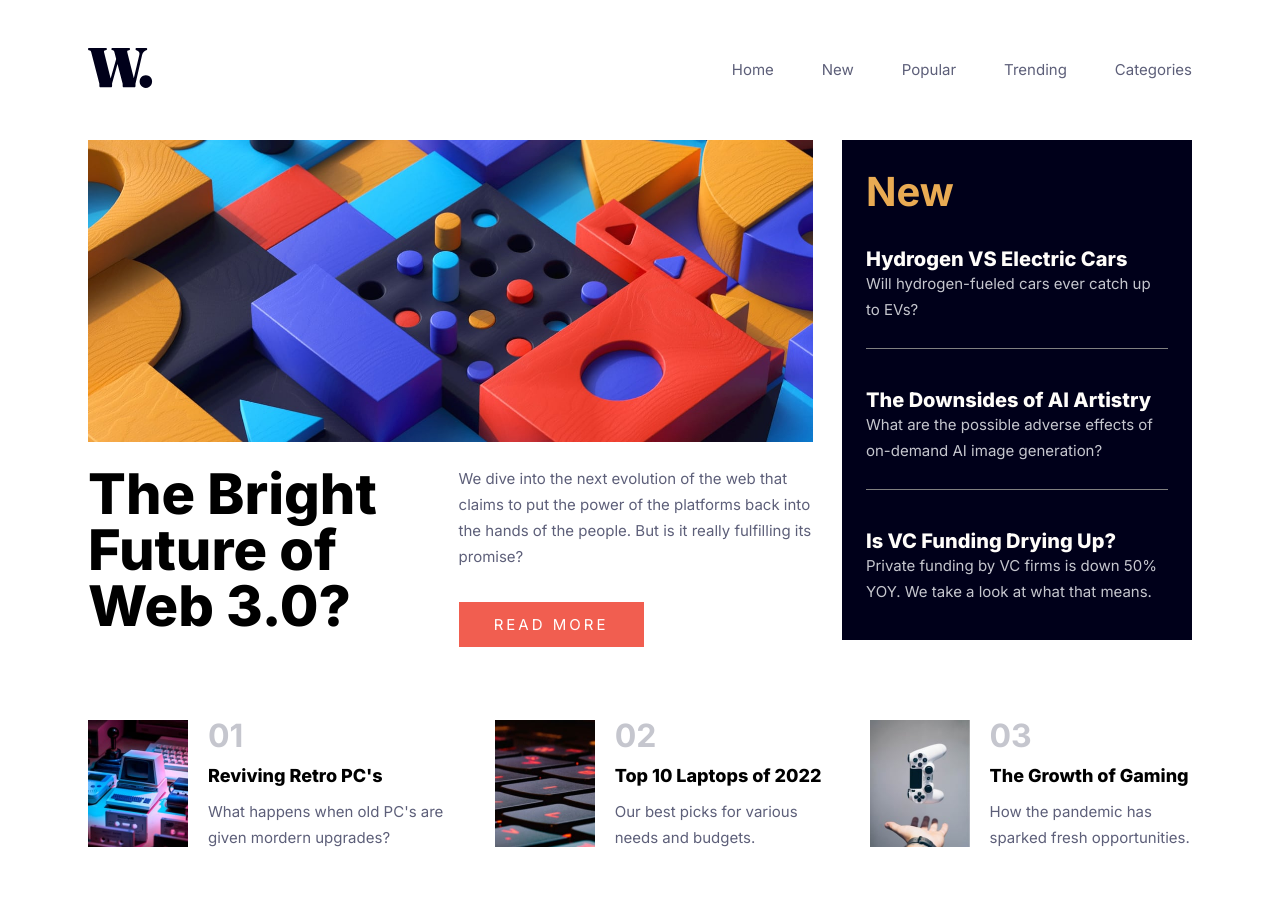
Repository: DevAntonioRogers/FrontendMentor-News-Homepage
Page: index.html
The author's editor kept a copy of each file at every save. The page is drawn from the files as they stood at one save, then again after the next save.
The browser window is 1280 px wide. The pictures show the whole page.

Above is the page before, as saved 2023-04-24 02:34:06.

After the next save:
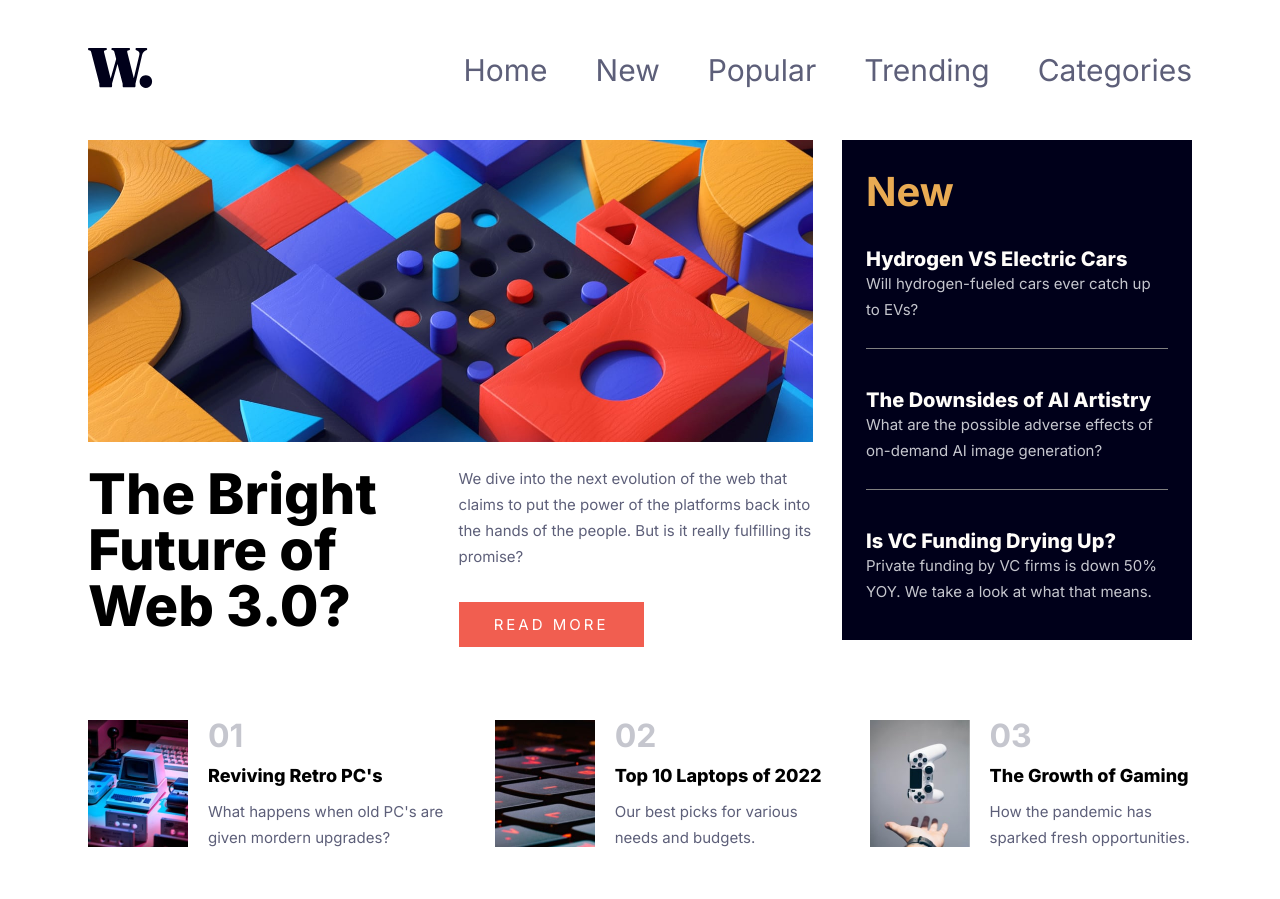
Saved 16 s later.
--- a/styles.css
+++ b/styles.css
@@ -42,7 +42,7 @@
 .nav-menu li {
   color: hsl(236, 13%, 42%);
   font-weight: 400;
-  font-size: 15px;
+  font-size: 30px;
   line-height: 26px;
 }
 

After the save that followed:
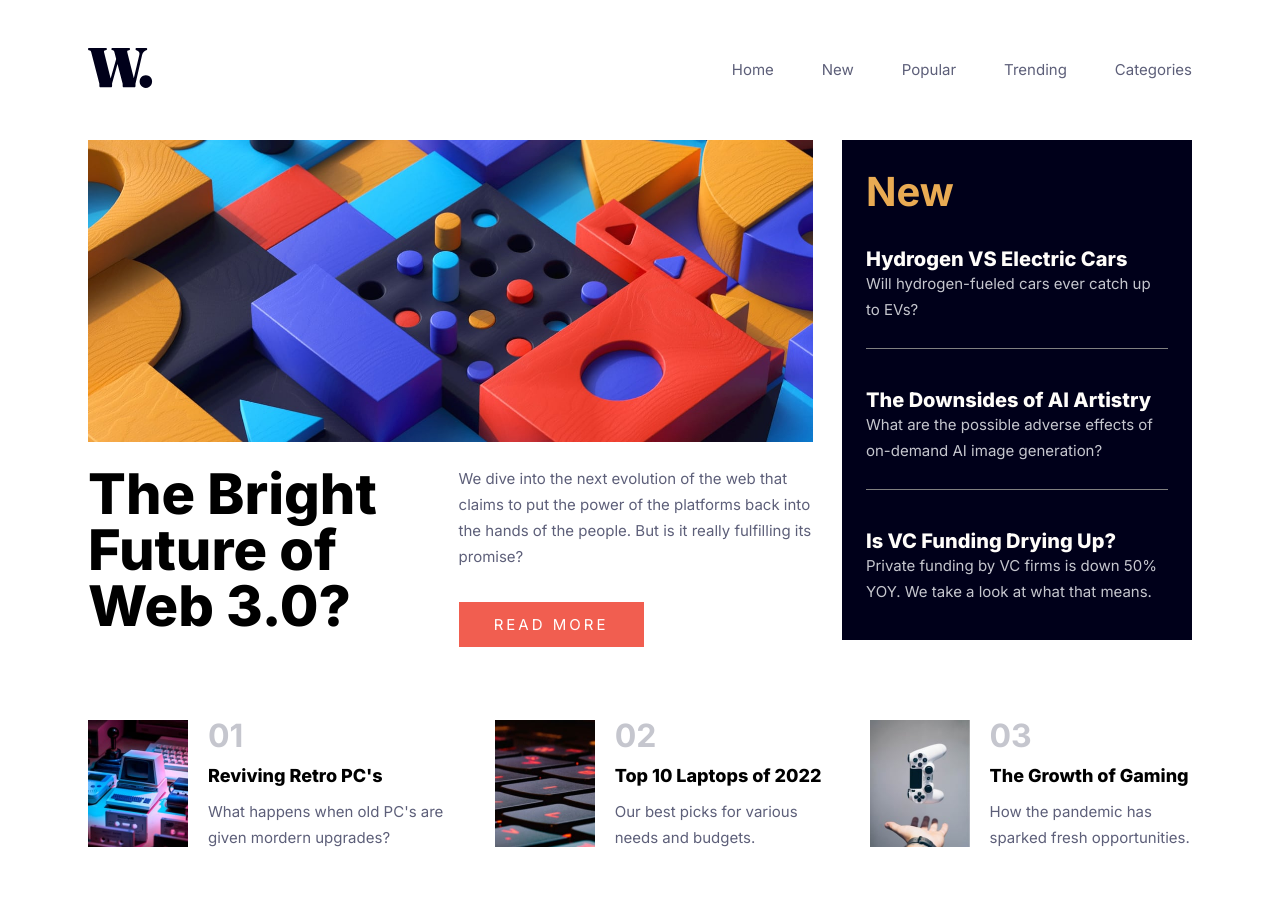
Saved 4 s later.
--- a/styles.css
+++ b/styles.css
@@ -42,7 +42,7 @@
 .nav-menu li {
   color: hsl(236, 13%, 42%);
   font-weight: 400;
-  font-size: 30px;
+  font-size: 15px;
   line-height: 26px;
 }
 
